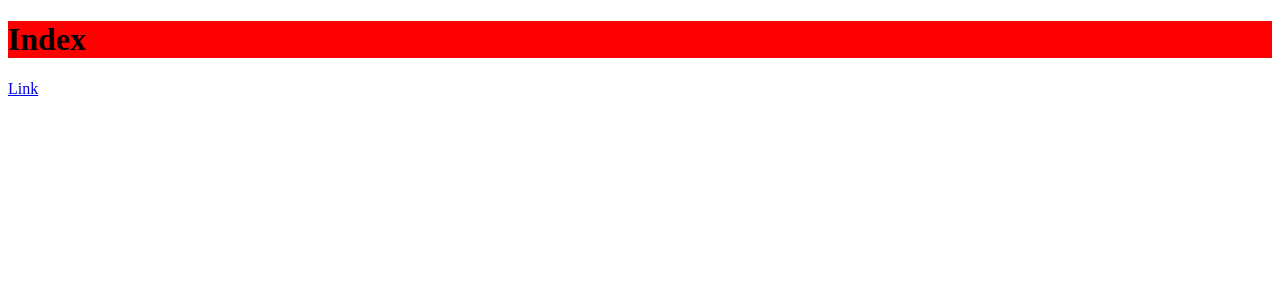
Repository: masaya28562/samurai_HTML-CSS
Page: about.html
The author's editor kept a record of every edit. The page is drawn from the files as they stood at one moment, then again after the next edit.
The browser window is 1280 px wide. The pictures show the whole page.

Above is the page before.

### about.html
<!DOCTYPE html>
<html lang="ja">
    <head>
        <style>
           h1:first-child {
            background-color: red;
            }
        </style>
    </head>
    <body>
        <h1>Index</h1>
        <a href="hoge.html">Link</a>
    </body>
</html>

After the next edit:
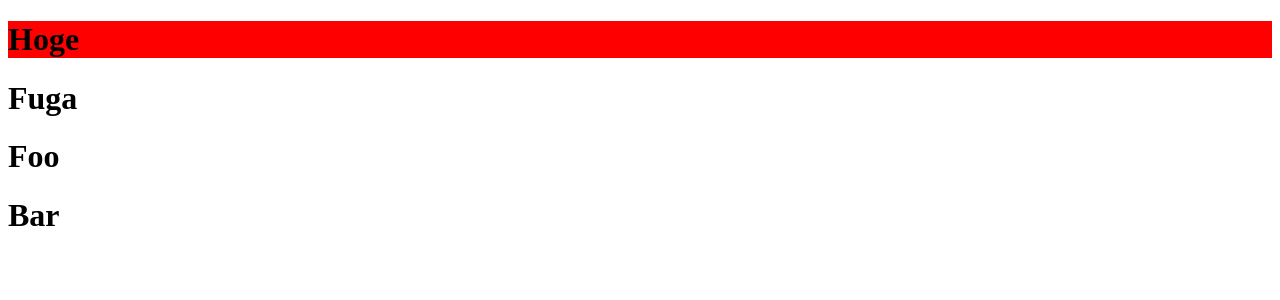
The edit:
--- a/about.html
+++ b/about.html
@@ -8,7 +8,9 @@
         </style>
     </head>
     <body>
-        <h1>Index</h1>
-        <a href="hoge.html">Link</a>
+        <h1>Hoge</h1>
+        <h1>Fuga</h1>
+        <h1>Foo</h1>
+        <h1>Bar</h1>
     </body>
 </html>
